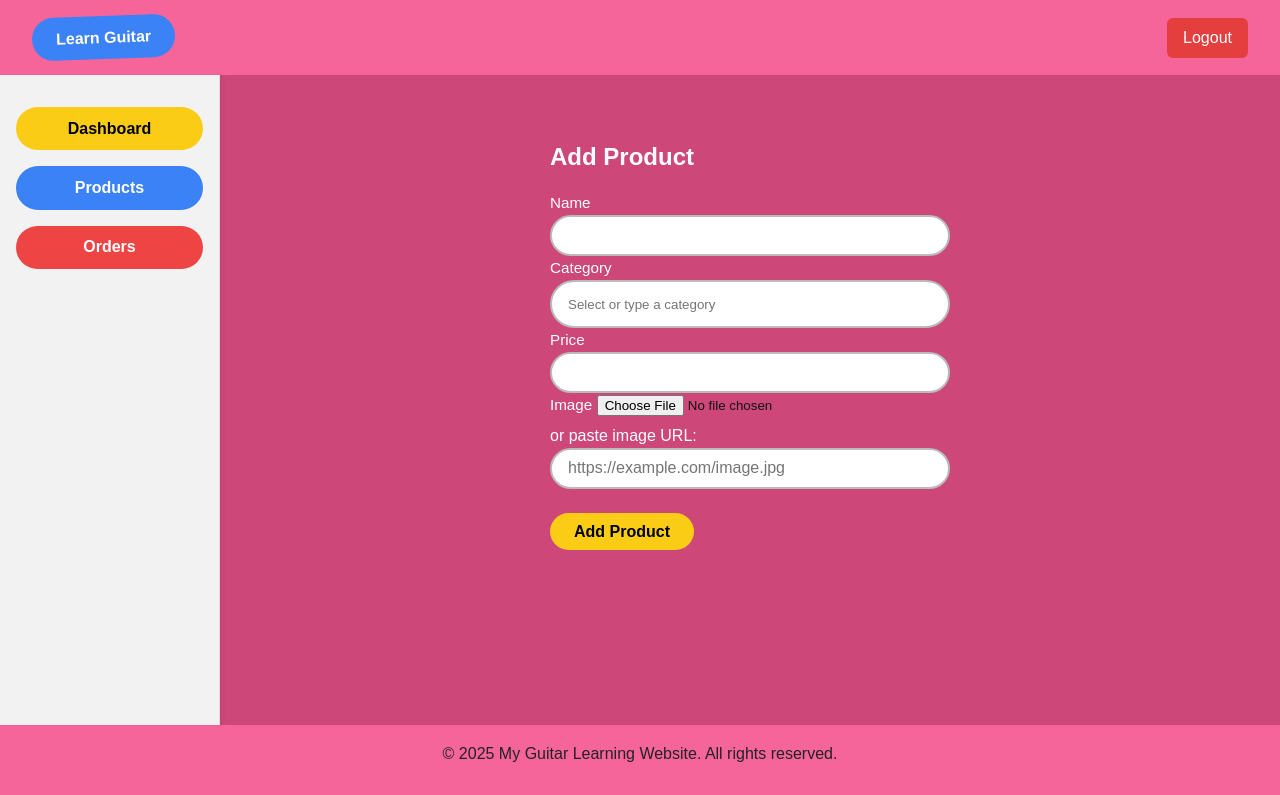
Repository: rywkoo/LearnGuitar
Page: templates/admin/addproduct.html
An editor plug-in stored every save of this project. The page is shown before and after the next save, followed by the edit.
The browser window is 1280 px wide. The pictures show the whole page.
The page is served by the project's application, run on Flask 3 (app.py). The template is opened directly, without the code that normally fills it, so the values that code supplies are empty.

Above is the page before, as saved 2025-08-25 22:43:14.

After the next save:
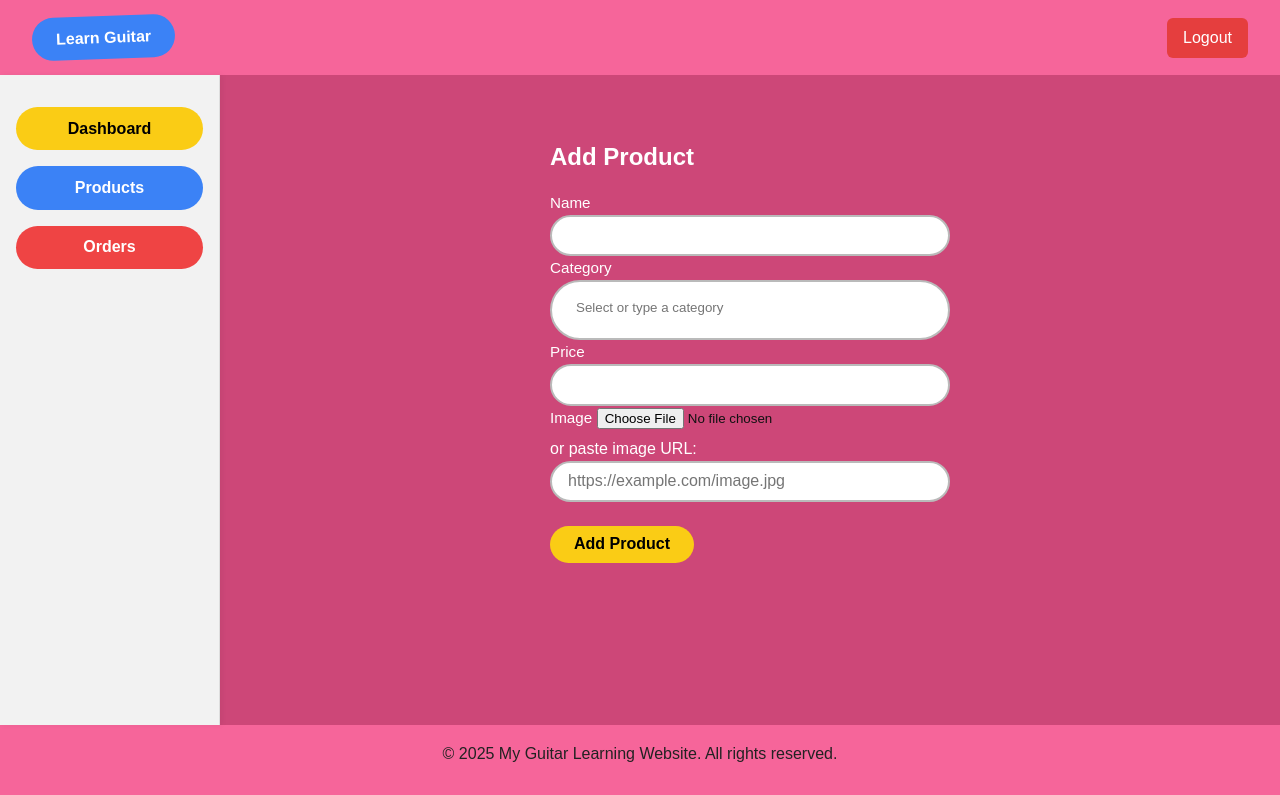
Saved 18 s later.
--- a/templates/admin/addproduct.html
+++ b/templates/admin/addproduct.html
@@ -7,14 +7,12 @@
 .custom-dropdown {
   position: relative;
   width: 100%;
-  height: 40px;
+  height: 60px;
 }
 
 .custom-dropdown input {
   width: 100%;
-  height: 40px;
-  padding: 1rem 1rem;
-  margin-top: -20px;
+  padding: 0.5rem;
   border-radius: 8px;
   border: 1px solid #ccc;
 }
@@ -63,7 +61,7 @@
         <!-- Category -->
         <div class="mb-3">
             <label style="color: white;">Category</label>
-            <div class=" input">
+            <div class="custom-dropdown input">
                 <input
                     type="text"
                     id="categoryInput"

After the save that followed:
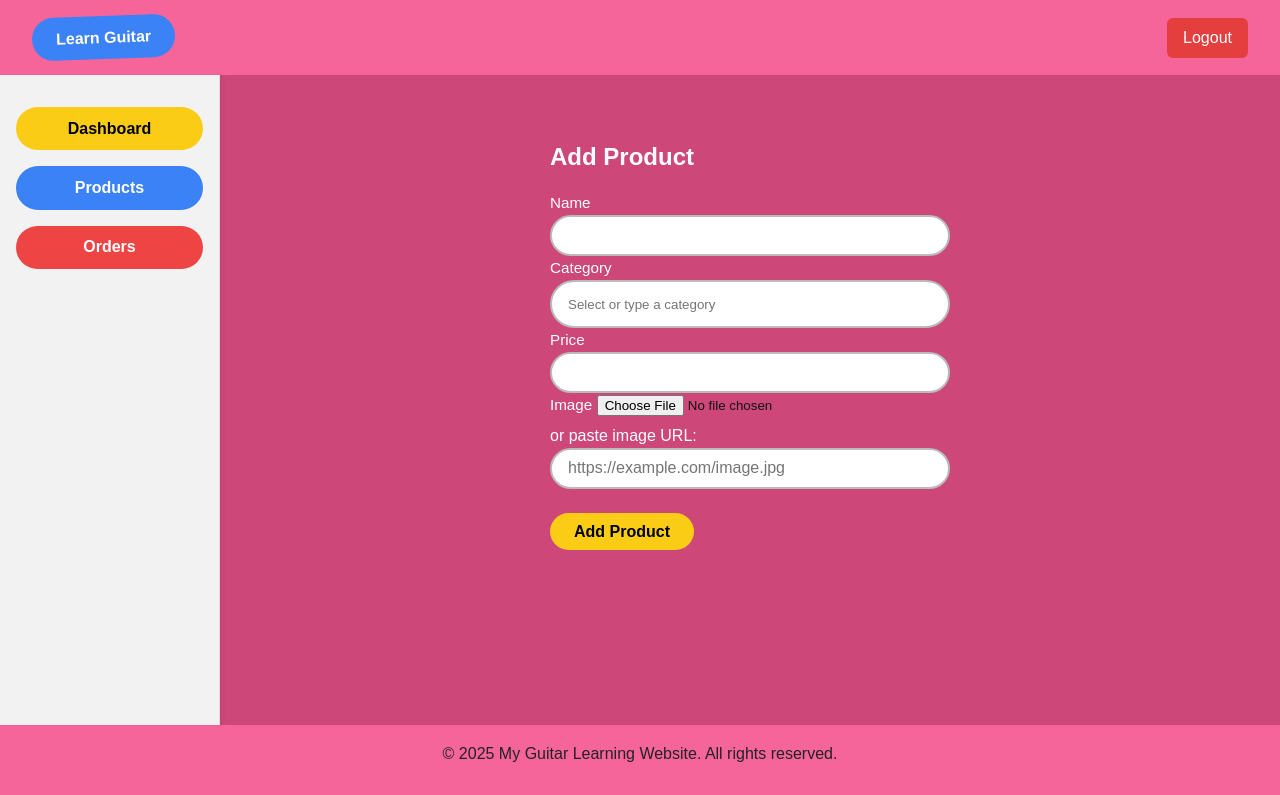
Saved 10 s later.
--- a/templates/admin/addproduct.html
+++ b/templates/admin/addproduct.html
@@ -61,7 +61,7 @@
         <!-- Category -->
         <div class="mb-3">
             <label style="color: white;">Category</label>
-            <div class="custom-dropdown input">
+            <div class=" input">
                 <input
                     type="text"
                     id="categoryInput"
